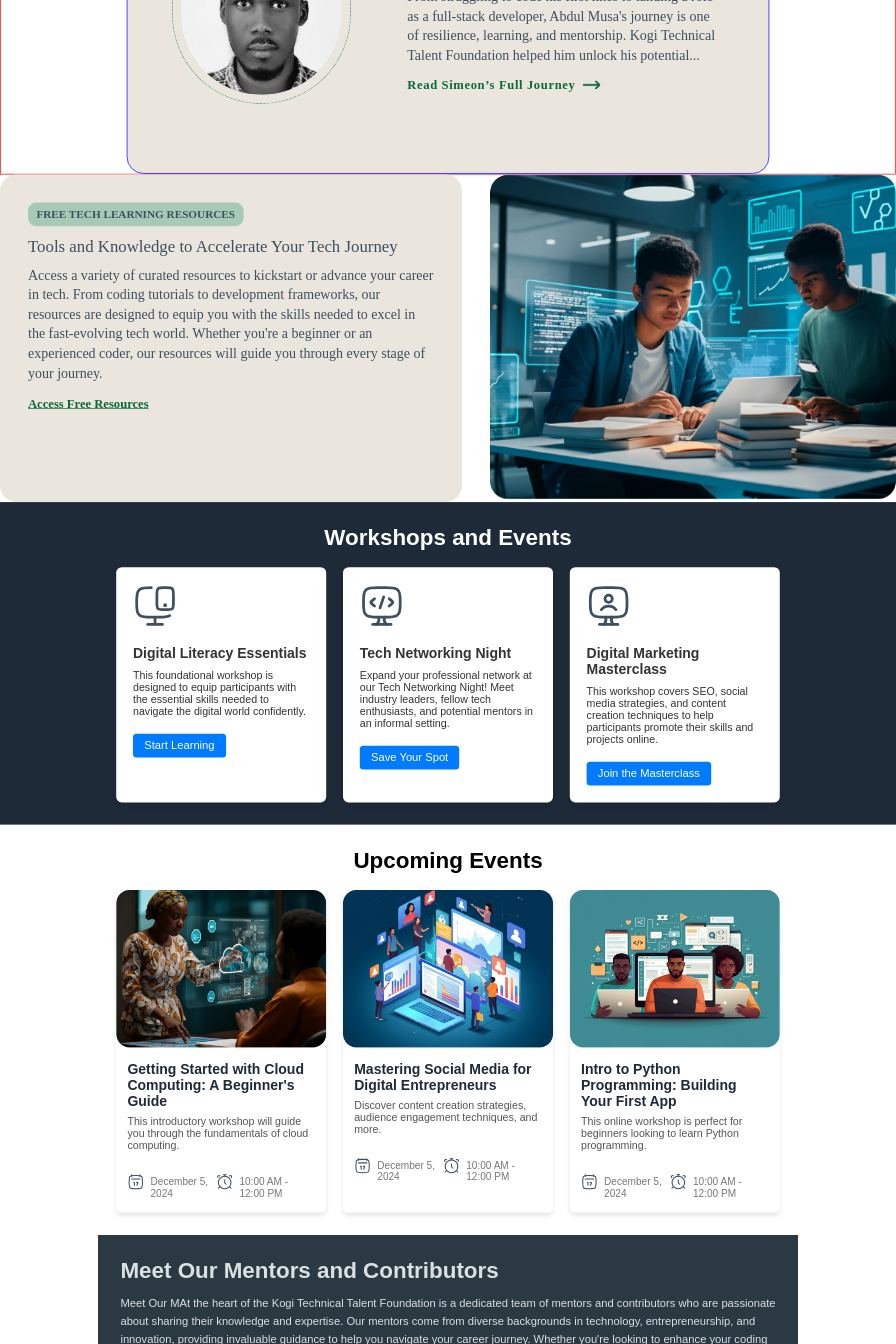
Repository: Cryptim/3MTT-Kogi-Foundation
Page: index.html
An editor plug-in stored every save of this project. The page is shown before and after the next save, followed by the edit.
The browser window is 1280 px wide. The pictures show the part of the page from y = 825 to 2745 px (the page is 7211 px tall before and 7227 px after), at 70% of full size.

Above is the page before, as saved 2024-11-15 02:26:15.

### index.html
<!DOCTYPE html>
<html lang="en">
  <head>
    <meta charset="UTF-8" />
    <meta name="viewport" content="width=device-width, initial-scale=1.0" />
    <title>Three Million Technical Talent Foundation</title>
    <link rel="stylesheet" href="stlyes/style.css" />
  </head>
  <body>
    <header class="header">
      <div class="logo">
        <img src="assets/images/logo.png" alt="Foundation Logo" />
      </div>
      <nav class="nav">
        <a href="#">Workshops & Events</a>
        <a href="#">Resources/Pathways</a>
        <a href="#">Volunteer</a>
        <a href="#">Contact Us</a>
      </nav>
      <div class="donate-button">
        <button>Donate</button>
      </div>
    </header>
    <!-- Hero sections -->
    <div class="padding hero-section">
      <div class="text-container">
        <h1>Empowering Kogi's Brightest Minds for a Future in Tech</h1>
        <p>
          Are you ready to lead the future of tech? Kogi Technical Talent
          Foundation offers mentorship and cutting-edge resources to help early
          adopters like you grow and innovate.
        </p>
        <div class="explore-button">
          <button>Explore Free Resources</button>
        </div>
      </div>
      <div class="image-container">
        <img
          src="assets/images/Frame 5.png"
          alt="Team working with technology"
        />
        <div class="tag tag-collaborations">Collaborations</div>
        <div class="tag tag-volunteerism">Volunteerism</div>
        <div class="tag tag-mentorship">Mentorship</div>
        <div class="tag tag-empowerment">Empowerment</div>
        <div class="tag tag-free-resources">Free Resources</div>
        <div class="tag tag-partnership">Partnership</div>
      </div>
    </div>
    <!-- Featured Story Section -->
    <div class="padding featuredStoryContainer">
      <div class="featuredStory"
      >
        <div  class="featuredStoryDottedImageLine"
        >
          <img class="featuredStoryImage"
            src="assets/images/Simeon ocheja 1.png"
            alt="Simenon Ocheja"
          />
        </div>
        <div
          style="width: 589px; display: flex; flex-direction: column; gap: 16px"
        >
          <div class="featuredStoryTextContainer"

          >
            <span class="featuredStoryText"

              >Featured Story from Kogi talent</span
            >
          </div>
          <h2 class="featuredStoryName"
          >
            Simenon Ocheja
          </h2>
          <p class="featuredStoryParagraph"
          >
            From struggling to code his first lines to landing a role as a
            full-stack developer, Abdul Musa's journey is one of resilience,
            learning, and mentorship. Kogi Technical Talent Foundation helped
            him unlock his potential...
          </p>
          <div  class="featuredStoryMore">
            <span class="morefeatured"
              >Read Simeon’s Full Journey</span
            >
        <img src="./assets/images/icons/arrow-right-02.png" alt="arrow-right-02">
            </div>
          </div>
        </div>
      </div>
    </div>
    <!-- Free Tech Learning Resources Section -->
    <div  class="freeTechSection"  style="display: flex; gap: 40px">
      <div
        style="flex: 1; padding: 40px; background: #eae6dd; border-radius: 24px"
      >
        <div
          style="
            padding: 8px 12px;
            background: #a7cab7;
            border-radius: 12px;
            display: inline-block;
          "
        >
          <span
            style="
              color: #3d4f60;
              font-size: 16px;
              font-family: Cascadia Code;
              font-weight: 600;
              text-transform: uppercase;
            "
            >Free Tech Learning Resources</span
          >
        </div>
        <h3
          style="
            color: #3d4f60;
            font-size: 24px;
            font-family: Cascadia Code;
            font-weight: 400;
            margin-top: 16px;
          "
        >
          Tools and Knowledge to Accelerate Your Tech Journey
        </h3>
        <p
          style="
            color: #3d4f60;
            font-size: 20px;
            font-family: Cascadia Code;
            font-weight: 300;
            line-height: 1.4;
            margin-top: 12px;
          "
        >
          Access a variety of curated resources to kickstart or advance your
          career in tech. From coding tutorials to development frameworks, our
          resources are designed to equip you with the skills needed to excel in
          the fast-evolving tech world. Whether you're a beginner or an
          experienced coder, our resources will guide you through every stage of
          your journey.
        </p>
        <a
          href="#"
          style="
            color: #0c6a38;
            font-size: 18px;
            font-family: Cascadia Code;
            font-weight: 700;
            display: inline-block;
            margin-top: 20px;
          "
          >Access Free Resources</a
        >
      </div>
      <div style="flex: 1">
        <img
          style="width: 100%; border-radius: 24px"
          src="assets/images/Resources image 1.png"
          alt="Tech Journey"
        />
      </div>
    </div>
    <!-- workshop section -->
    <section class="workshops-section">
      <h2>Workshops and Events</h2>
      <div class="workshops-container">
        <div class="workshop-card">
          <div class="icon">
            <img
              src="assets/images/computer-phone-sync.svg"
              alt="Digital Literacy Icon"
            />
          </div>
          <h3>Digital Literacy Essentials</h3>
          <p>
            This foundational workshop is designed to equip participants with
            the essential skills needed to navigate the digital world
            confidently.
          </p>
          <button>Start Learning</button>
        </div>
        <div class="workshop-card">
          <div class="icon">
            <img
              src="assets/images/computer-programming-01.svg"
              alt="Networking Icon"
            />
          </div>
          <h3>Tech Networking Night</h3>
          <p>
            Expand your professional network at our Tech Networking Night! Meet
            industry leaders, fellow tech enthusiasts, and potential mentors in
            an informal setting.
          </p>
          <button>Save Your Spot</button>
        </div>
        <div class="workshop-card">
          <div class="icon">
            <img
              src="assets/images/computer-video-call.svg"
              alt="Marketing Icon"
            />
          </div>
          <h3>Digital Marketing Masterclass</h3>
          <p>
            This workshop covers SEO, social media strategies, and content
            creation techniques to help participants promote their skills and
            projects online.
          </p>
          <button>Join the Masterclass</button>
        </div>
      </div>
    </section>
    <!--  Event section-->
    <section class="events-section">
      <h2>Upcoming Events</h2>
      <div class="events-container">
        <div class="event-card">
          <img
            src="assets/images/cloud-african 1.png"
            alt="Cloud Computing Workshop"
          />
          <h3>Getting Started with Cloud Computing: A Beginner's Guide</h3>
          <p>
            This introductory workshop will guide you through the fundamentals
            of cloud computing.
          </p>
          <div class="event-info">
            <span class="event-date"
              ><img
                src="assets/images/calendar-01.svg"
                alt="Calendar Icon"
                class="icon"
              />
              December 5, 2024</span
            >
            <span class="event-time"
              ><img
                src="assets/images/alarm-clock.svg"
                alt="Clock Icon"
                class="icon"
              />
              10:00 AM - 12:00 PM</span
            >
          </div>
        </div>
        <div class="event-card">
          <img
            src="assets/images/digital marketing.png"
            alt="Social Media for Entrepreneurs"
          />
          <h3>Mastering Social Media for Digital Entrepreneurs</h3>
          <p>
            Discover content creation strategies, audience engagement
            techniques, and more.
          </p>
          <div class="event-info">
            <span class="event-date"
              ><img
                src="assets/images/calendar-01.svg"
                alt="Calendar Icon"
                class="icon"
              />
              December 5, 2024</span
            >
            <span class="event-time"
              ><img
                src="assets/images/alarm-clock.svg"
                alt="Clock Icon"
                class="icon"
              />
              10:00 AM - 12:00 PM</span
            >
          </div>
        </div>
        <div class="event-card">
          <img
            src="assets/images/python.png"
            alt="Python Programming Workshop"
          />
          <h3>Intro to Python Programming: Building Your First App</h3>
          <p>
            This online workshop is perfect for beginners looking to learn
            Python programming.
          </p>
          <div class="event-info">
            <span class="event-date"
              ><img
                src="assets/images/calendar-01.svg"
                alt="Calendar Icon"
                class="icon"
              />
              December 5, 2024</span
            >
            <span class="event-time"
              ><img
                src="assets/images/alarm-clock.svg"
                alt="Clock Icon"
                class="icon"
              />
              10:00 AM - 12:00 PM</span
            >
          </div>
        </div>
      </div>
    </section>
    <!-- Mentor section -->
    <section class="mentors-section">
      <h2>Meet Our Mentors and Contributors</h2>
      <p>
        Meet Our MAt the heart of the Kogi Technical Talent Foundation is a
        dedicated team of mentors and contributors who are passionate about
        sharing their knowledge and expertise. Our mentors come from diverse
        backgrounds in technology, entrepreneurship, and innovation, providing
        invaluable guidance to help you navigate your career journey. Whether
        you're looking to enhance your coding skills, explore new fields like
        digital marketing, or get advice on launching your own tech startup, our
        mentors are here to support you.
      </p>
      <a href="#" class="explore-link">Explore Our Mentor’s Profile →</a>
      <div class="mentors-container">
        <div class="mentor-card">
          <img src="assets/images/Frame 19.png" alt="Omachoko Arome" />
          <h3>Omachoko Arome</h3>
        </div>
        <div class="mentor-card">
          <img src="assets/images/Frame 20.png" alt="Marian Musa" />
          <h3>Marian Musa</h3>
        </div>
        <div class="mentor-card">
          <img src="assets/images/Frame 21.png" alt="Ismaila Omeiza" />
          <h3>Ismaila Omeiza</h3>
        </div>
        <div class="mentor-card">
          <img src="assets/images/Frame 22.png" alt="Timothy Ignatius" />
          <h3>Timothy Ignatius</h3>
        </div>
      </div>
    </section>
    <!-- Footer -->
    <section>
      <div class="Partners">
        <div class="OurPartners">Our Partners</div>
        <div class="Frame23">
          <div class="NitdaLogo">
            <img
              class="NitdaLogoNewest1RemovebgPreview"
              style="width: 232.86px; height: 113.82px"
              src="https://via.placeholder.com/233x114"
            />
          </div>
          <div class="NitdaLogo">
            <img
              class="MttRemovebgPreview"
              style="width: 232.86px; height: 113.82px"
              src="https://via.placeholder.com/233x114"
            />
          </div>
          <div class="NitdaLogo">
            <img
              class="KogiLogo"
              style="width: 232.86px; height: 113.82px"
              src="https://via.placeholder.com/233x114"
            />
          </div>
          <div class="NitdaLogo">
            <img
              class="MistLogoRemovebgPreview"
              style="width: 232.86px; height: 113.82px"
              src="https://via.placeholder.com/233x114"
            />
          </div>
        </div>
      </div>

      <div class="Footer">
        <div class="Frame24">
          <img class="KogiLogo1" src="https://via.placeholder.com/78x78" />
          <div class="EmpoweringKogiSBrightestMindsForAFutureInTech">
            Empowering Kogi's Brightest Minds for a Future in Tech
          </div>
        </div>

        <div class="NavigataionMenu">
          <div class="Workshops">
            <div class="QuickLinks">Quick Links</div>
          </div>
          <div class="Workshops">
            <div class="WorkshopsEvents">Workshops & Events</div>
          </div>
          <div class="Resources">
            <div class="ResourcesPathways">Resources/Pathways</div>
          </div>
          <div class="Volunteer">
            <div>Volunteer</div>
          </div>
          <div class="ContactUs">
            <div>Contact Us</div>
          </div>
        </div>

        <div class="Frame25">
          <div class="Donate">
            <div>Donate Now</div>
          </div>
          <div class="ContactUs">
            <div class="ConnectWithUs">Connect with Us</div>
          </div>
          <div class="Frame26">
            <div class="Facebook02">
              <div class="Vector"></div>
            </div>
            <div class="NewTwitter">
              <div class="Vector"></div>
            </div>
            <div class="Linkedin02">
              <div class="Vector"></div>
              <div class="Vector"></div>
              <div class="Vector"></div>
            </div>
            <div class="Instagram">
              <div class="Vector"></div>
              <div class="Vector"></div>
              <div class="Vector"></div>
            </div>
          </div>
        </div>
      </div>

      <div class="Frame27">
        <div
          class="AllRightsReserved3mttFellowBiweeklyBuildWithAFellowChallenge2024"
        >
          All rights reserved 3MTT Fellow Biweekly Build With a Fellow Challenge
          ©2024
        </div>
      </div>
    </section>
  </body>
</html>

Loaded but not shown: stlyes/style.css (819 lines, source omitted)

After the next save:
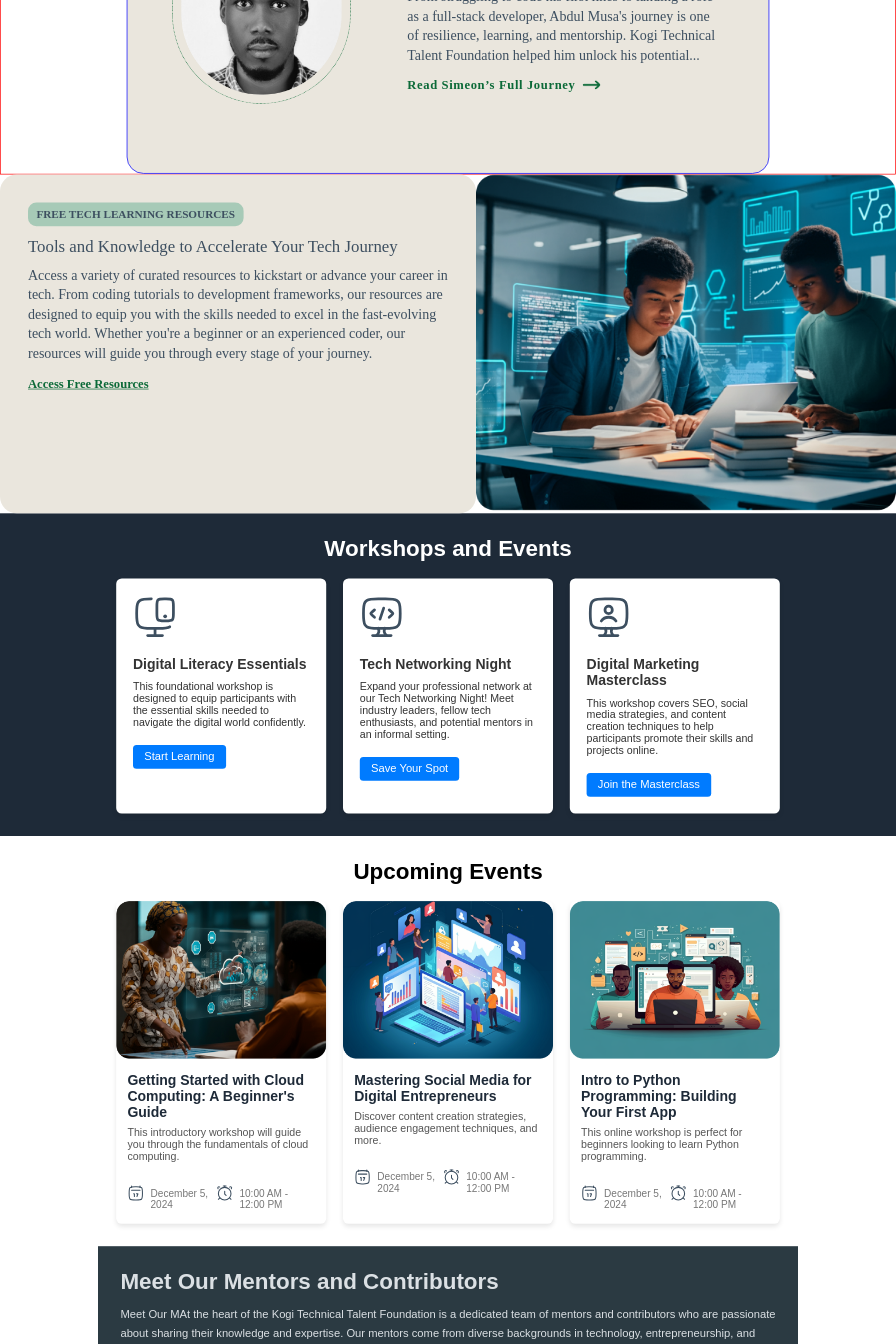
Saved 15 s later.
--- a/index.html
+++ b/index.html
@@ -91,7 +91,7 @@
       </div>
     </div>
     <!-- Free Tech Learning Resources Section -->
-    <div  class="freeTechSection"  style="display: flex; gap: 40px">
+    <div  class="freeTechSection"  style="display: flex; gap: 40px border">
       <div
         style="flex: 1; padding: 40px; background: #eae6dd; border-radius: 24px"
       >

After the 2 saves that followed:
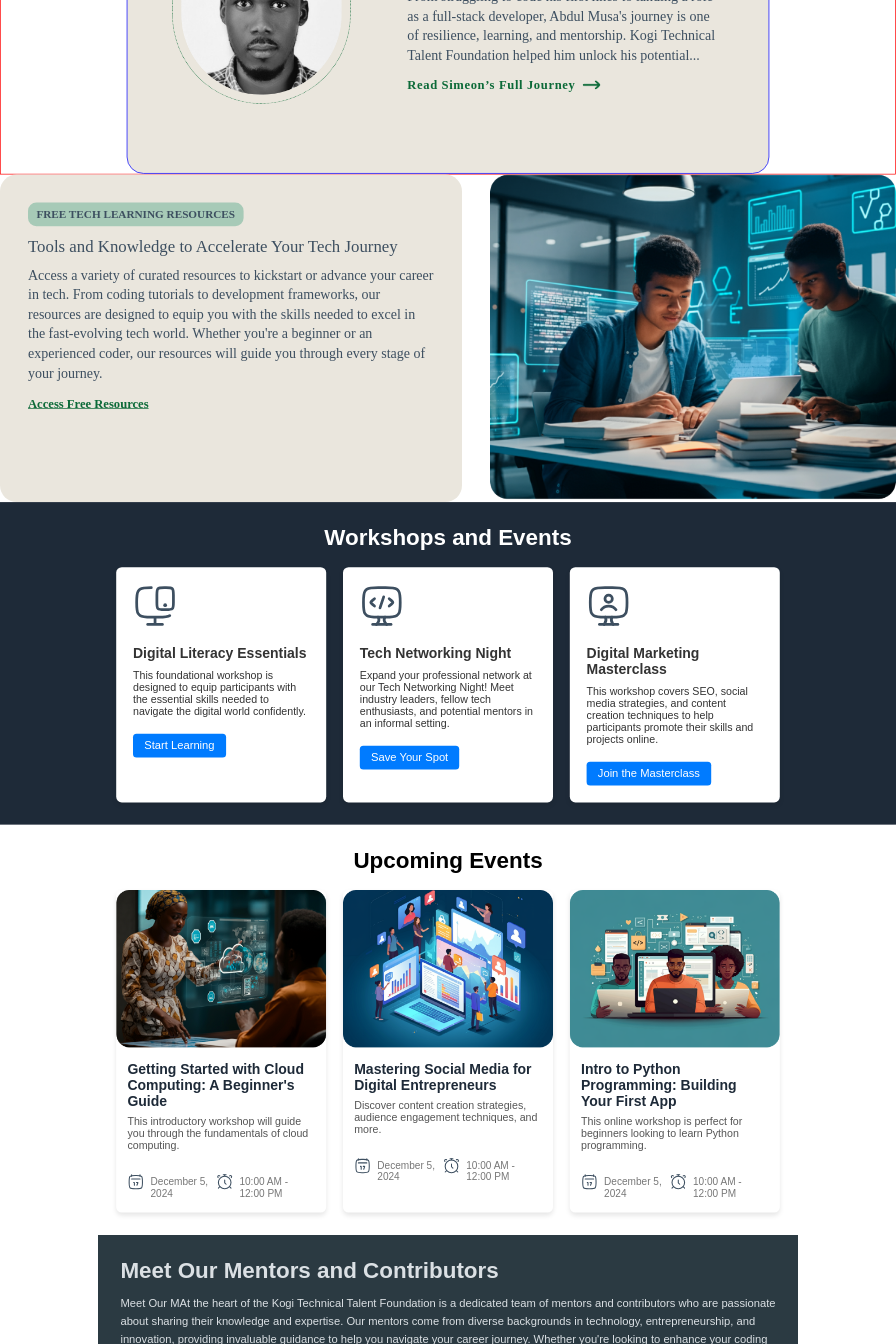
The 2 saves are shown as one change because they came seconds apart.
The last was saved 10 s later.
--- a/index.html
+++ b/index.html
@@ -91,7 +91,7 @@
       </div>
     </div>
     <!-- Free Tech Learning Resources Section -->
-    <div  class="freeTechSection"  style="display: flex; gap: 40px border">
+    <div  class="freeTechSection"  style="display: flex; gap: 40px ;border">
       <div
         style="flex: 1; padding: 40px; background: #eae6dd; border-radius: 24px"
       >
